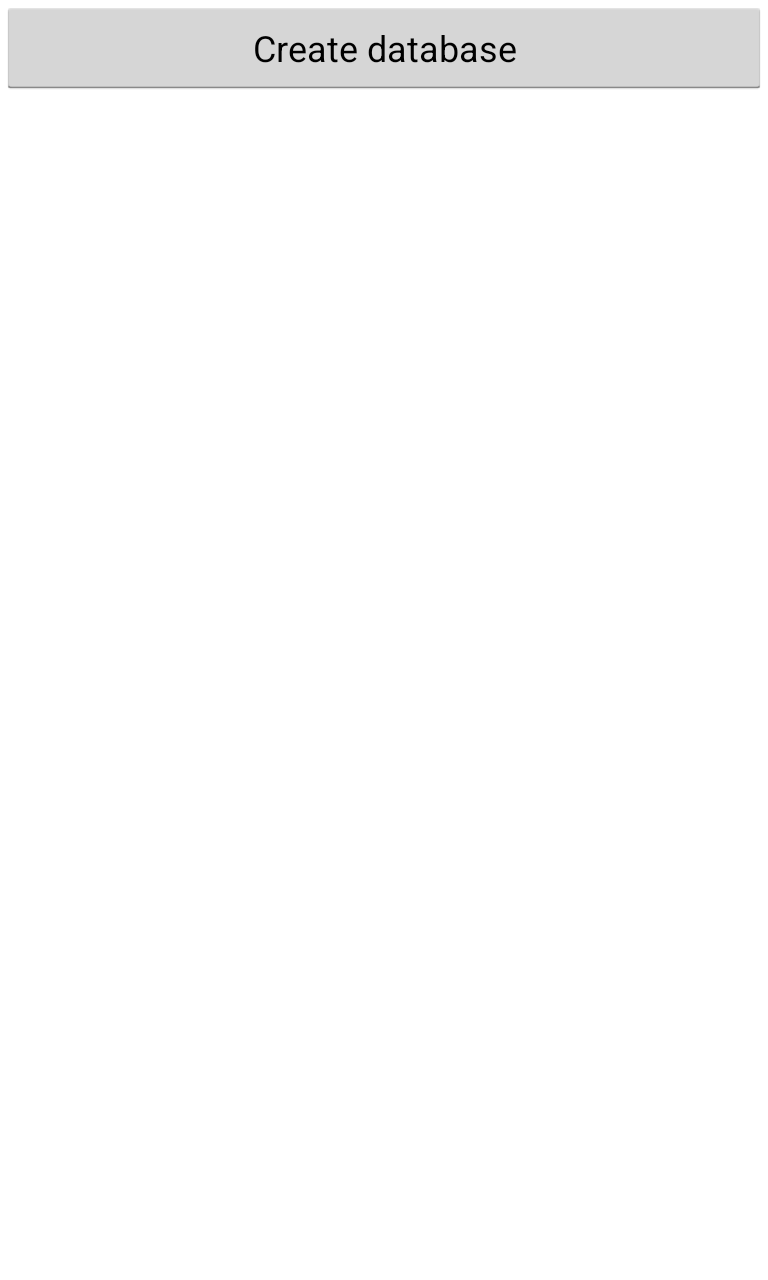
Repository: Wang-Xuan/Hello-World
Layout: DatabaseTest/res/layout/activity_main.xml
An editor plug-in stored every save of this project. The layout is shown before and after the next save, followed by the edit.
It is drawn on a 768 x 1280 px phone screen (xhdpi) without system bars, with theme AppTheme; the app's code is not run.

Above is the layout before, as saved 2015-03-11 12:59:34.

### DatabaseTest/res/layout/activity_main.xml
<LinearLayout xmlns:android="http://schemas.android.com/apk/res/android"
    android:layout_width="match_parent"
    android:layout_height="match_parent"
    android:orientation="vertical" >

	<Button
	    android:id="@+id/create_database"
	    android:layout_width="match_parent"
	    android:layout_height="wrap_content"
	    android:text="Create database" />

</LinearLayout>

Loaded but not shown: DatabaseTest/res/values/styles.xml (common file); DatabaseTest/res/values-v11/styles.xml (common file); DatabaseTest/res/values-v14/styles.xml (common file)

After the next save:
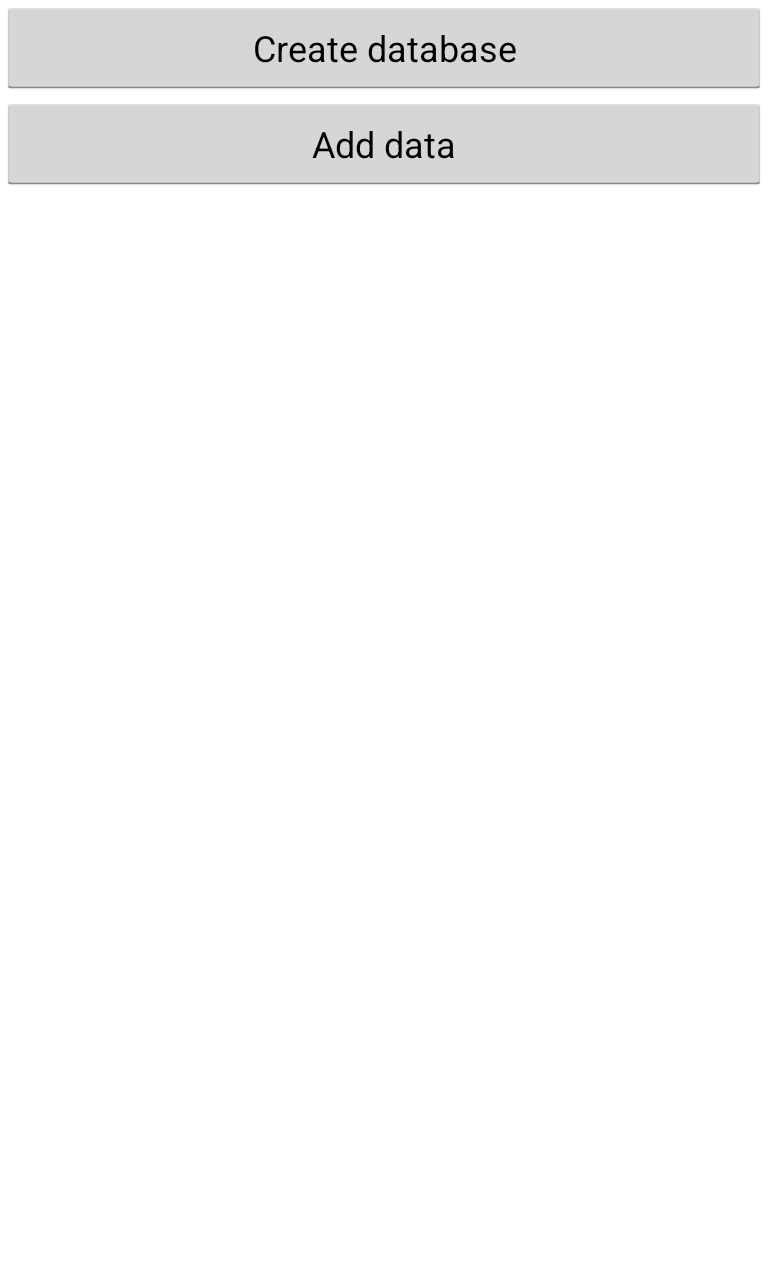
Saved 20 min 29 s later.
--- a/DatabaseTest/res/layout/activity_main.xml
+++ b/DatabaseTest/res/layout/activity_main.xml
@@ -9,4 +9,10 @@
 	    android:layout_height="wrap_content"
 	    android:text="Create database" />
 
+	<Button
+	    android:id="@+id/add_data"
+	    android:layout_width="match_parent"
+	    android:layout_height="wrap_content"
+	    android:text="Add data" />
+
 </LinearLayout>
